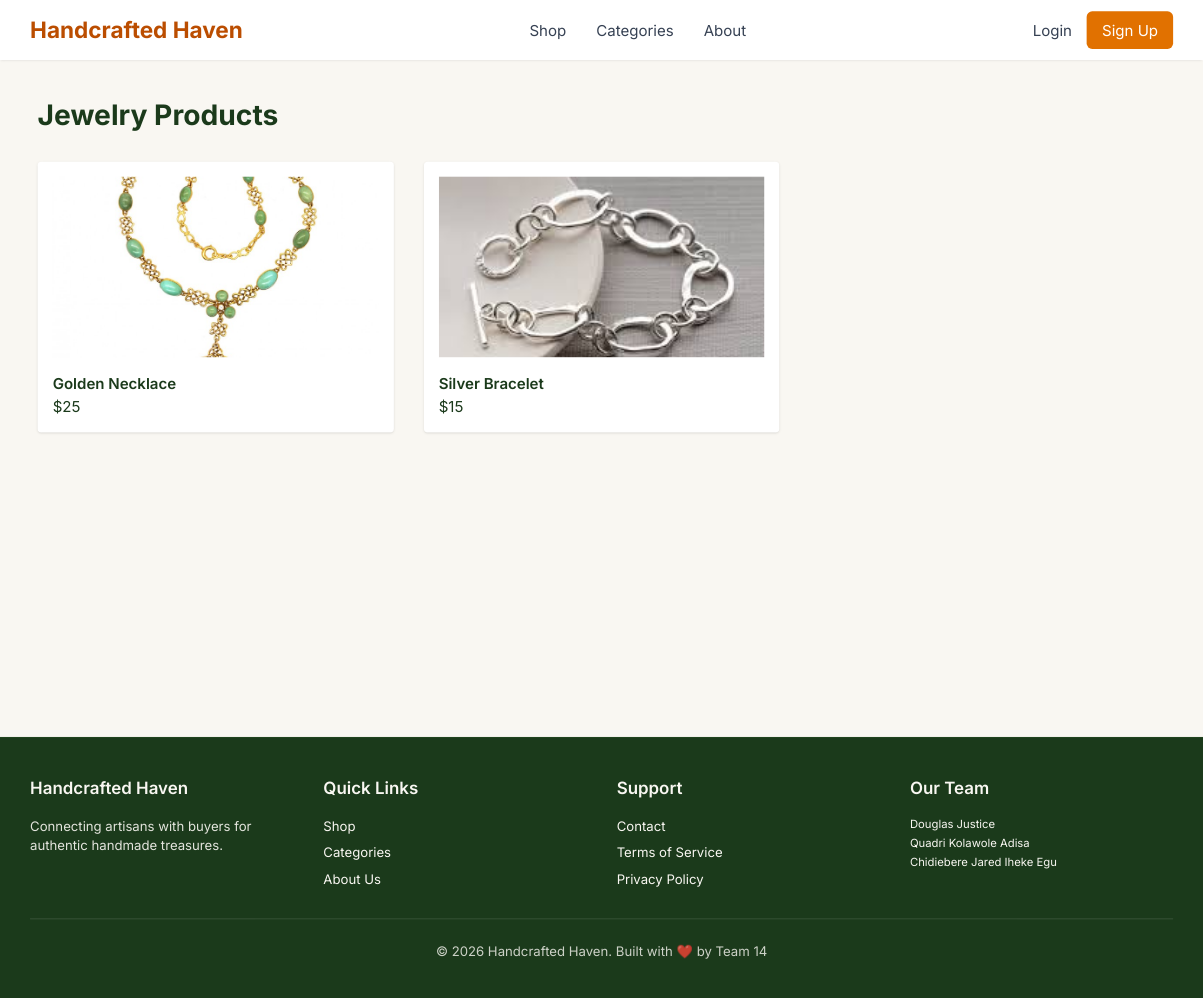
Repository: kobbybhills/handcrafted-haven
Page: /categories/jewelry
The author's editor kept a copy of each file at every save. The page is drawn from the files as they stood at one save, then again after the next save.
The browser window is 1280 px wide. The pictures show the whole page, at 94% of full size.
The project was rebuilt for these pictures with package versions that can differ from the ones it lists, and the page was loaded fresh each time. The framework's server and built-in components were replaced by stand-ins that run in the browser. Also part of the build but not shown: next.config.ts.

Above is the page before, as saved 2026-03-26 22:37:32.

After the next save:
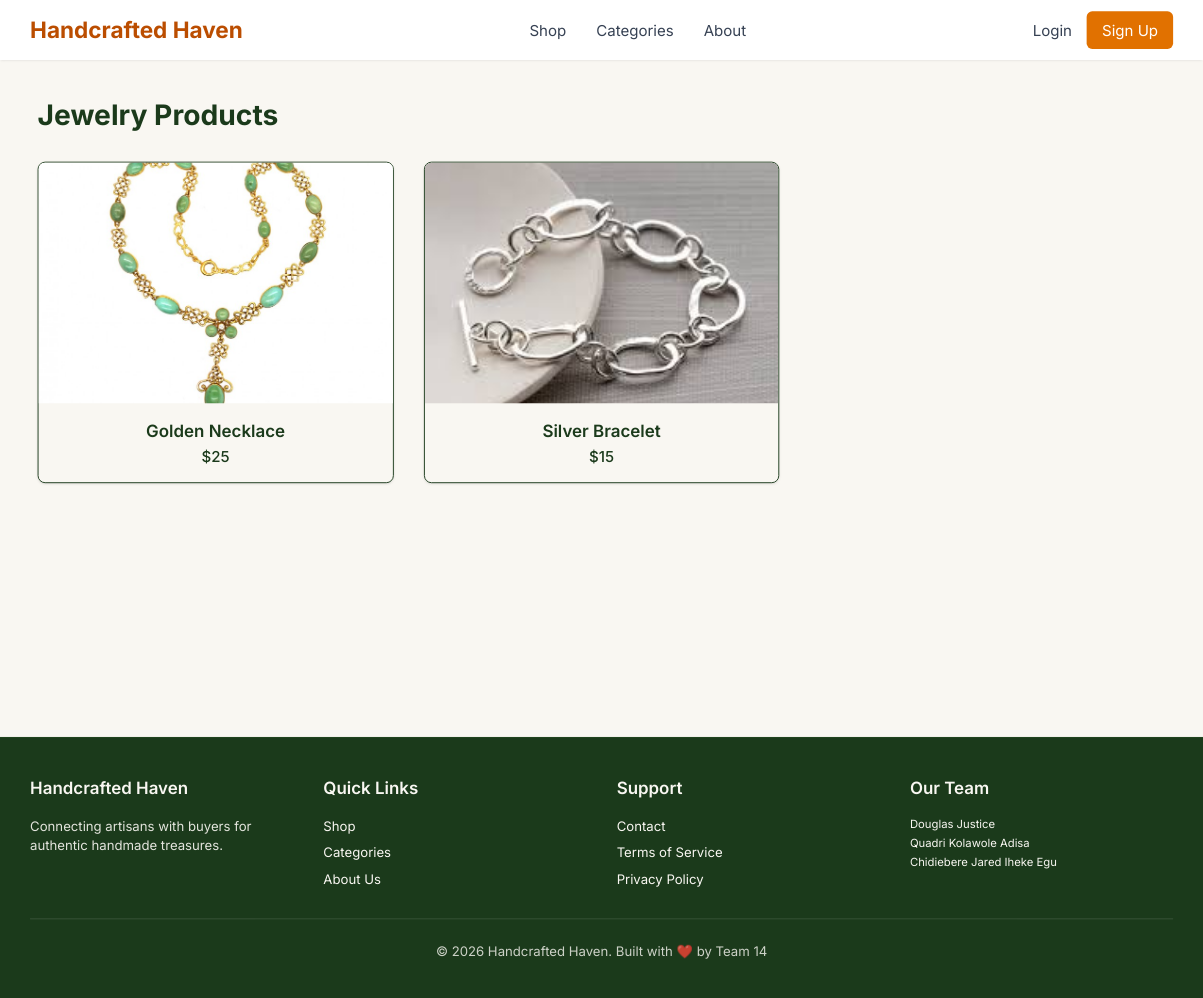
Saved 24 s later.
--- a/src/app/ui/product-card.tsx
+++ b/src/app/ui/product-card.tsx
@@ -1,20 +1,21 @@
 import Image from "next/image";
 
-type ProductCardProps = {
+interface ProductCardProps {
   name: string;
   price: number;
   image: string;
-};
+}
 
 export default function ProductCard({ name, price, image }: ProductCardProps) {
   return (
-    <div className="bg-white p-4 rounded shadow">
-      <div className="relative w-full h-48">
+    <div className="border rounded-lg overflow-hidden shadow hover:shadow-lg transition">
+      <div className="relative h-64 w-full">
         <Image src={image} alt={name} fill style={{ objectFit: "cover" }} />
       </div>
-
-      <h3 className="mt-4 font-semibold">{name}</h3>
-      <p className="text-haven-terracotta">${price}</p>
+      <div className="p-4 text-center">
+        <h3 className="font-semibold text-lg">{name}</h3>
+        <p className="text-haven-terracotta font-medium">${price}</p>
+      </div>
     </div>
   );
 }
